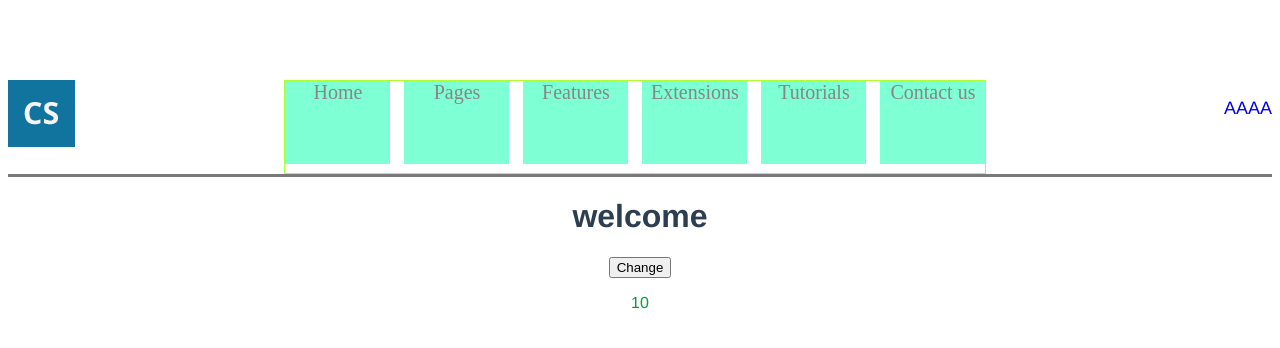
Repository: joker506/Creatives
Page: /
An editor plug-in stored every save of this project. The page is shown before and after a run of saves, followed by the edit.
The browser window is 1280 px wide. The pictures show the whole page.
The project was rebuilt for these pictures with package versions that can differ from the ones it lists, and the page was loaded fresh each time.

Above is the page before, as saved 2020-03-29 17:35:53.

### src/App.vue
<template>
  <div id="app">
<HeaderApp />

    <HelloWorld
    @clicks="clickUp($event)"
       :msg=msg
       :counter=counter />
  </div>
</template>

<script>
import HelloWorld from './components/HelloWorld.vue'
import HeaderApp from './components/HeaderApp.vue'

export default {
  name: 'App',
  data(){
    return{
    msg:"welcome",
    counter:10
    }
  },
  components: {
    HelloWorld,
    HeaderApp
  },
  methods:{
    clickUp(event){
      console.log("click")
      this.counter=event
    }
  }
}
</script>

<style>
#app {
  font-family: Avenir, Helvetica, Arial, sans-serif;
  -webkit-font-smoothing: antialiased;
  -moz-osx-font-smoothing: grayscale;
  text-align: center;
  color: #2c3e50;
  margin-top: 60px;
}
</style>

### src/components/HelloWorld.vue
<template>
  <div class="hello">
    <h1>{{ msg }} </h1>
   <button @click="clickDown">Change</button>
   <p>{{counter}}</p>
  </div>
</template>

<script>
export default {
  name: 'HelloWorld',
  props: {
    msg: String,
    counter:Number

  },
  methods:{
    clickDown(){
      console.log("Your Click!")
      this.$emit("clicks",this.counter+1)

    }
  }
}
</script>

<style scoped>
h3 {
  margin: 40px 0 0;
}
ul {
  list-style-type: none;
  padding: 0;
}
li {
  display: inline-block;
  margin: 0 10px;
}
a {
  color: #42b983;
}
p{
  color:rgb(3, 156, 62);
}
</style>

### src/components/HeaderApp.vue
<template>

<header class="header">

<div class="header__top">
<a class="logo" href="#">
    <img src="src/assets/logo1.png" alt="logo">
</a>

<nav class="main-nav">
    <ul class="main-nav__items">
        <li class="item">
            <a href="#">Home</a> </li>
        <li class="item">
            <a href="#">Pages</a> </li>
        <li class="item">
            <a href="#">Features</a> </li>
        <li class="item">
            <a href="#">Extensions</a> </li>
        <li class="item">
            <a href="#">Tutorials</a> </li>
        <li class="item">
            <a href="#">Contact us</a> </li>
    </ul>
</nav>

<div class="social">
    <ul class="social__items">
        <li class="social__item"><a href="#">A</a></li>
        <li class="social__item"><a href="#">A</a></li>
        <li class="social__item"><a href="#">A</a></li>
        <li class="social__item"><a href="#">A</a></li>
    </ul>
</div>

</div>
<div class="header__main">


</div>


</header>

</template>

<script>
export default {
    name:'HeaderApp',

}
</script>

<style lang="scss">
.header{
    padding-top: 20px;
    font-size: 18px;
    //background-image: url('src/assets/Layer96.jpg');
    background-repeat: no-repeat;
}

.header__top{
    display: flex;
    justify-content: space-between;
    width: 100%;
    height: 94px;
    border-bottom: 3px solid #797979;

}
.wrapper{
    width: 1100px;
}
.logo {
    list-style: none;
    cursor: pointer;
    color: #000000 ;
    &>img{
    width:79px;
    height:75px;
    }
}

.main-nav{
border: 1px solid greenyellow;
}
.main-nav__items{
padding: 0;
margin: 0;
display: flex;
justify-content: space-between;
 width: 700px;
height: 85px;
}
.item{
    width: 105px;
    height: 83px;
    list-style: none;
    font-family: "Myriad Pro";
    font-size: 20px;
    font-weight: 400;
    color: #ffffff;
    background-color:aquamarine;
    &:hover{
        border-bottom: 3px solid #11749e;
    }
    &>a{
        text-decoration: none;
        color: #868686;
    &:hover{
        color: blue;
    }

    }
}
.social{

}
.social__items{
    display: flex;
    justify-content: space-between;
    list-style: none;

}
.social__item>a{
    text-decoration: none;
}

</style>

Loaded but not shown: public/index.html (common file); src/main.js (common file)

After the next 2 saves:
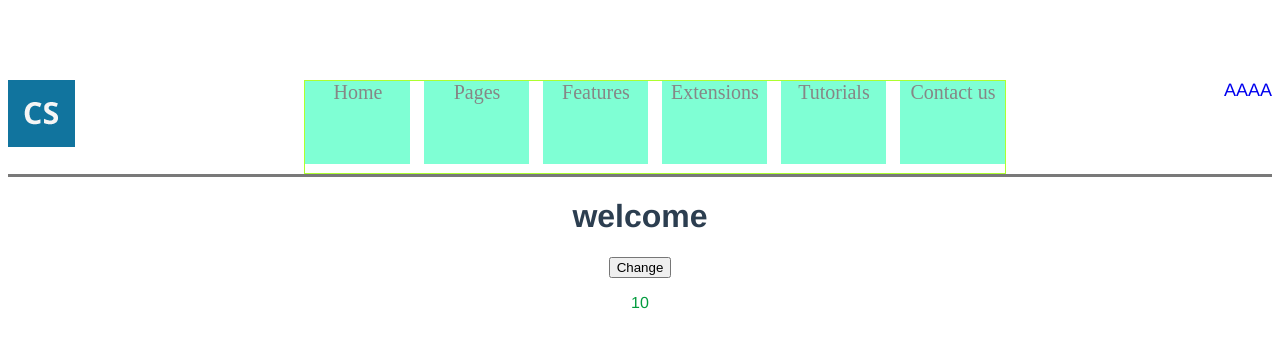
The 2 saves are shown as one change because they came seconds apart.
The last was saved 50 s later.
--- a/src/components/HeaderApp.vue
+++ b/src/components/HeaderApp.vue
@@ -115,7 +115,8 @@ height: 85px;
 .social{
 
 }
-.social__items{
+.social__items{margin: 0;
+padding: 0;
     display: flex;
     justify-content: space-between;
     list-style: none;
